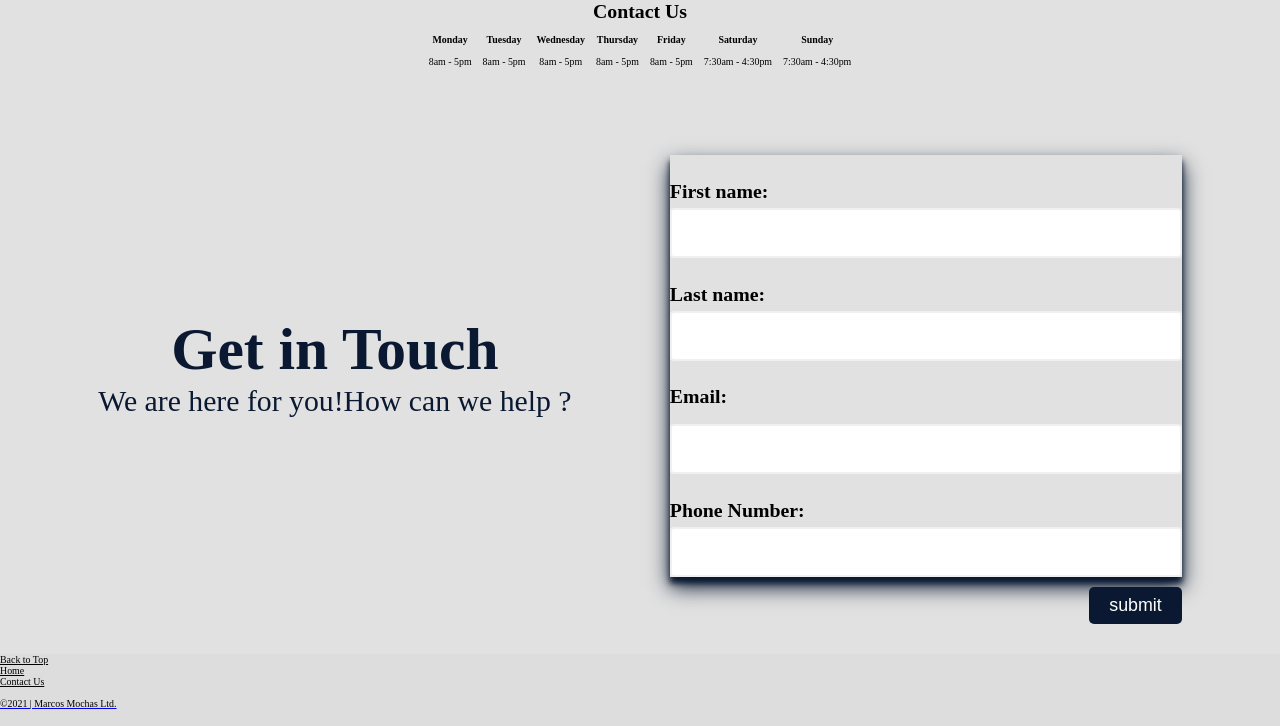
Repository: CAMPSLOPY/marcos-mochas
Page: HTML/contact.html
The author's editor kept a copy of each file at every save. The page is drawn from the files as they stood at one save, then again after the next save.
The browser window is 1280 px wide. The pictures show the whole page.

Above is the page before, as saved 2021-07-02 19:23:09.

After the next save:
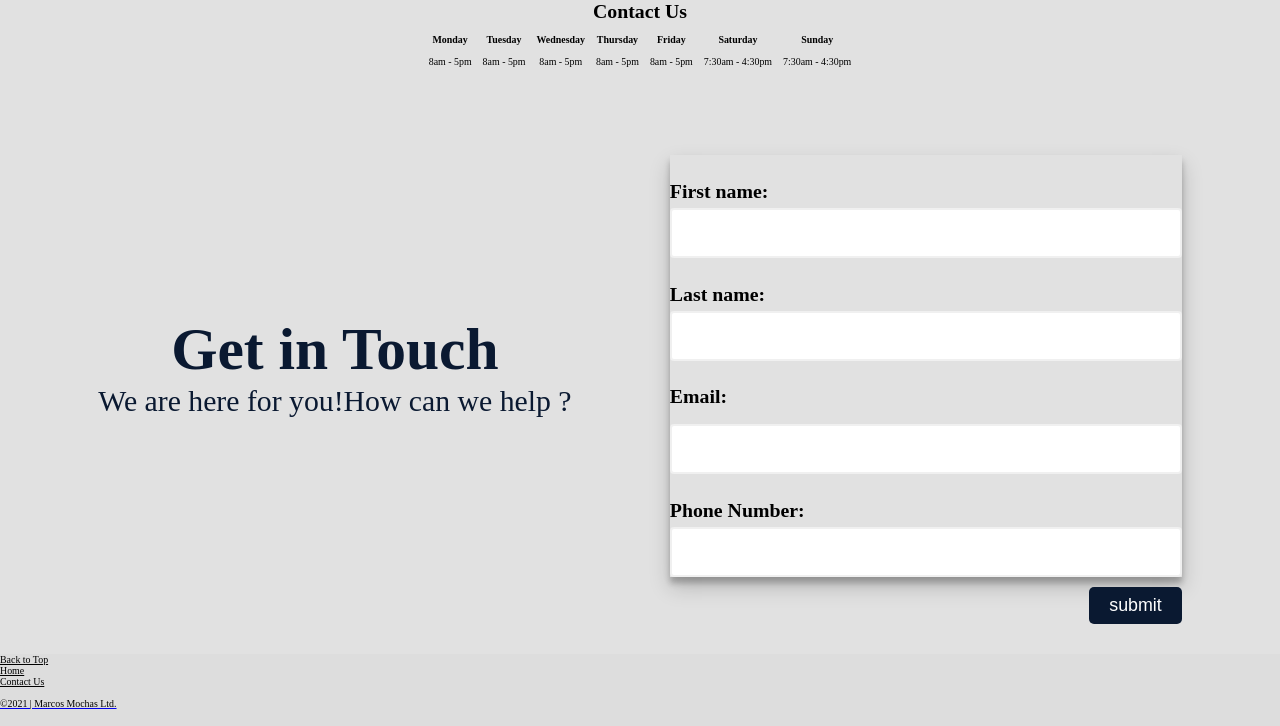
Saved 19 s later.
--- a/CSS/contact.css
+++ b/CSS/contact.css
@@ -56,7 +56,7 @@ align-items: center;
     width: 40%;
     height: 100%;
     position: relative;
-    box-shadow: 0 10px 20px #0A1931, 0 6px 6px #0A1931;
+    box-shadow: 0 10px 20px rgba(0,0,0,0.19), 0 6px 6px rgba(0,0,0,0.23);
 }
 .form-control{
     margin-top: 2rem;
